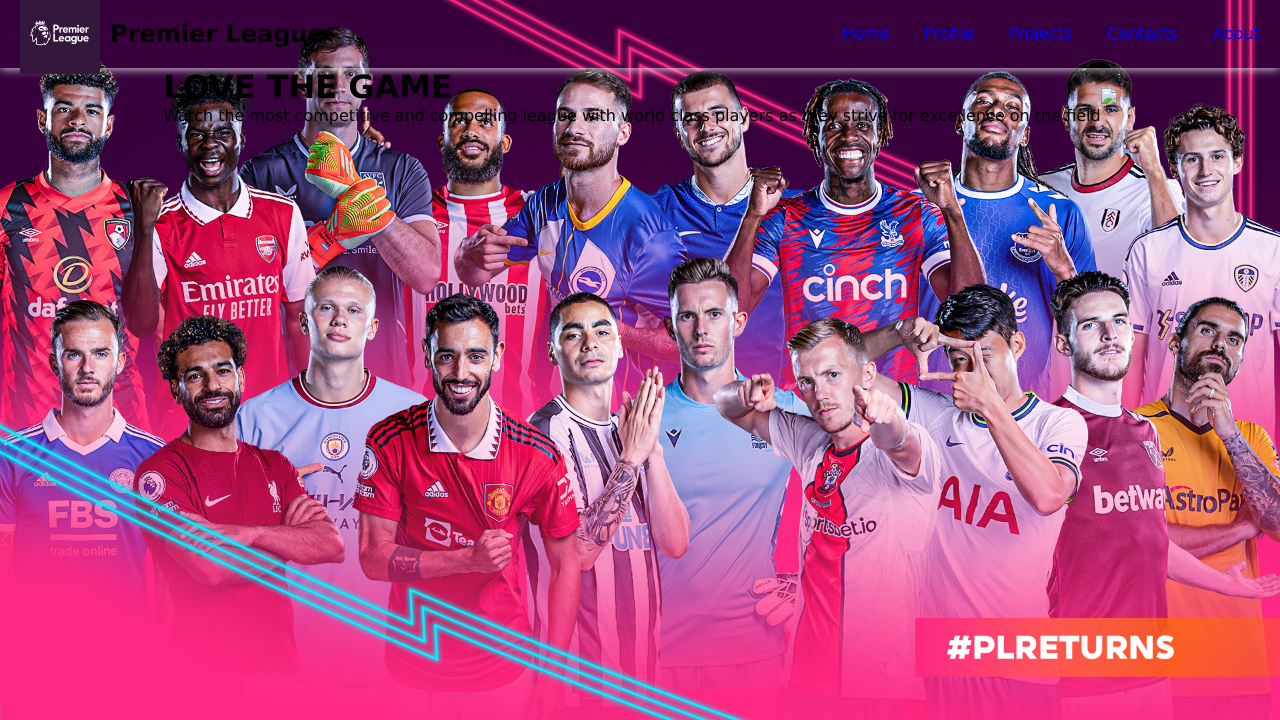
Repository: ogaziesam/simple-landing-page
Page: index.html
These files come from the project's save history. The page is drawn as it stood at one moment and after a run of saves; the edit follows.
The browser window is 1280 px wide. The pictures show the whole page.

Above is the page before, as saved 2023-08-12 00:49:52.
Not found: resources/images/resources/images/Premier League Champions.jpg

### index.html
<!DOCTYPE html>
<html lang="en">
<head>
    <meta charset="UTF-8">
    <meta name="viewport" content="width=device-width, initial-scale=1.0">
    <title>Landing Page</title>
    <link rel="stylesheet" href="/resources/css/style.css"/>
</head>
<body>
    <nav>
        <div class="heading">
            <img src="/resources/images/premier-league-logo-64B77E2F2E-seeklogo.com.png"
            alt="Logo Image"/>
            <h2 class ="nav_heading">Premier League</h2>
        </div>
        <ul>
            <li><a href="Home">Home</a></li>
            <li><a href="Profile">Profile</a></li>
            <li><a href="Projects">Projects</a></li>
            <li><a href="Contacts">Contacts</a></li>
            <li><a href="About">About</a></li>
        </ul>
    </nav>
    <main>
        <div class="content">
            <h1>LOVE THE GAME</h1>
            <p>Watch the most competitive and compelling league with world class players as they strive for excellence on the field
            </p>
        </div>
        <img
        class="image"
        src="/resources/images/resources/images/Premier League Champions.jpg"

    </main>

</body>
</html>

### resources/css/style.css
* {
    padding: 0;
    margin: 0;
    font-family: Verdana, Geneva, Tahoma, sans-serif;
}

.logo {
    width:80px;
    height: 80px;
}

body {
    background-image: url(/resources/images/321105434_883868013027395_2576485099436938498_n.jpg);
    background-size: cover;
    background-repeat: no-repeat;
}

nav {
    display:flex;
    align-items: center;
    justify-content: space-between;
    padding: 5px 20px;
    height: 8vh;
    box-shadow: 0 0 10px white;
}

.heading {
    display: flex;
    align-items: center;
    gap: 10px;
}

ul {
    display: flex;
    align-items: center;
    gap: 35px;
}

li {
    list-style: none;
}

a {
    text-decoration: none;
    font-weight: 500;
}

a:hover {
    text-decoration: underline;
}

main {
    display: flex;
    align-items: center;
    justify-content: center;
}

After the next 2 saves:
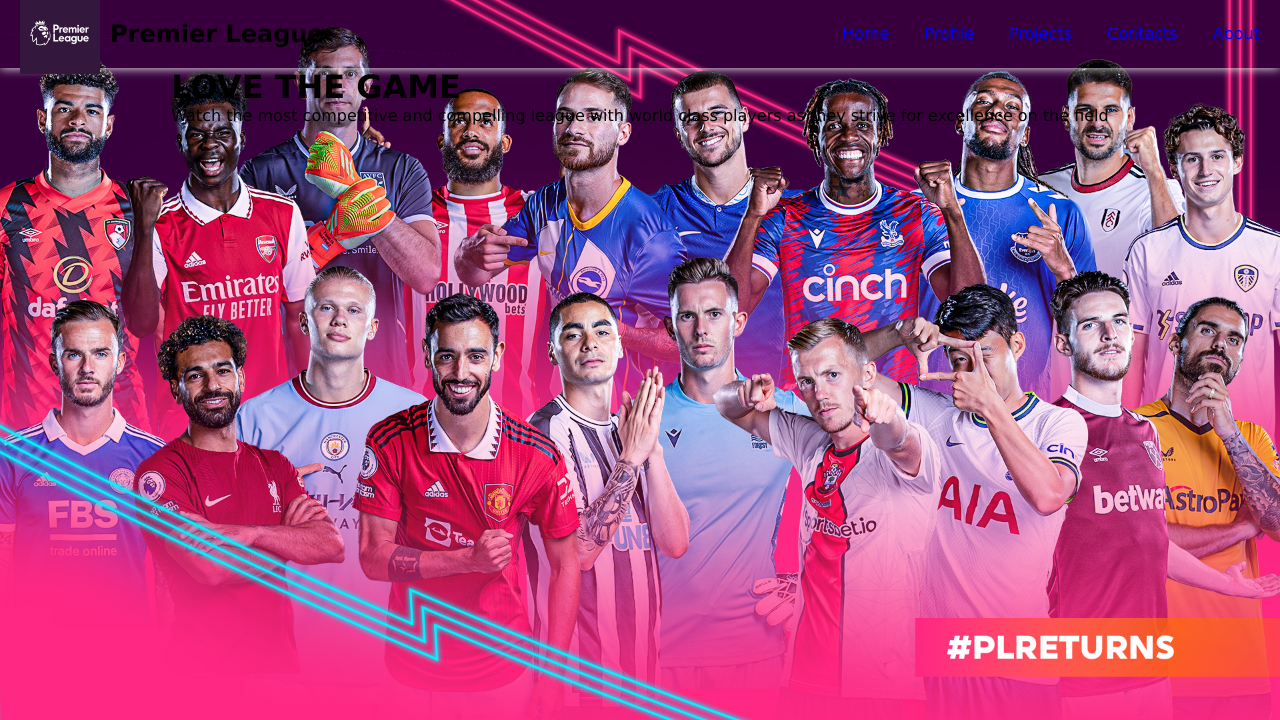
The 2 saves are shown as one change because they came seconds apart.
The last was saved 6 s later.
--- a/index.html
+++ b/index.html
@@ -30,7 +30,7 @@
         <img
         class="image"
         src="/resources/images/resources/images/Premier League Champions.jpg"
-
+        alt=""
     </main>
 
 </body>
